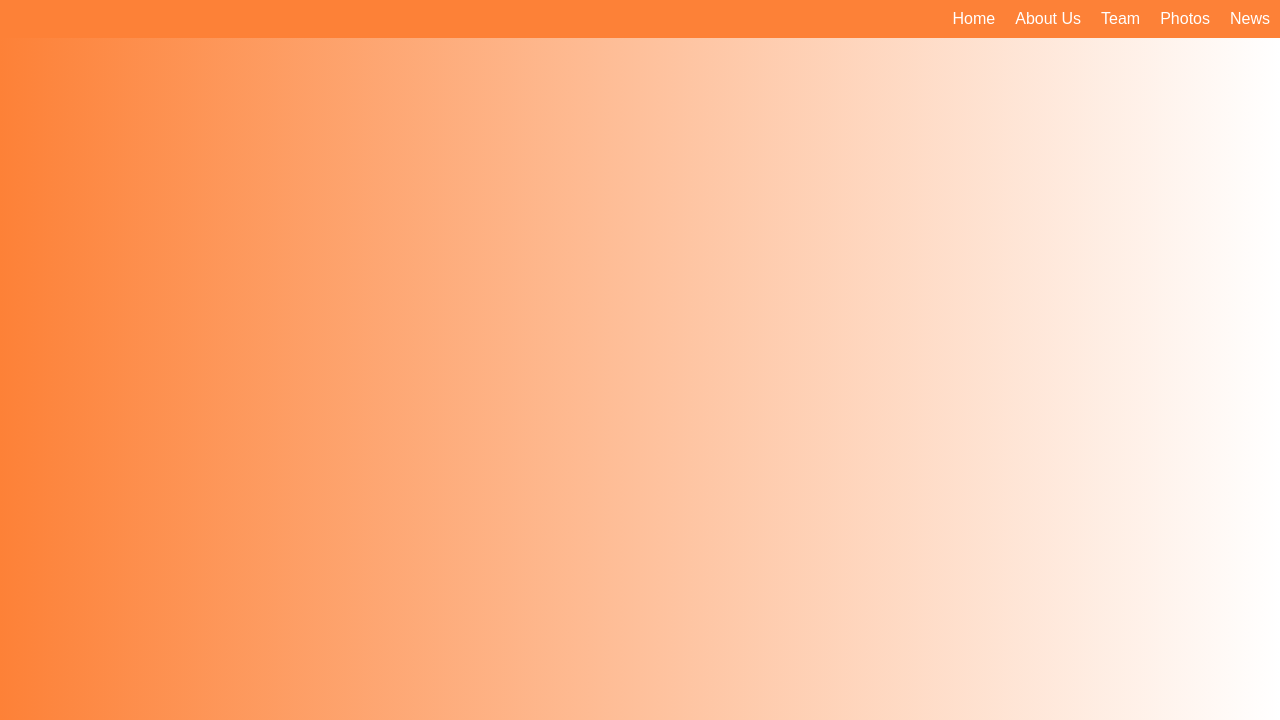
Repository: SHSFootballRepo/Website
Page: team.html
The author's editor kept a copy of each file at every save. The page is drawn from the files as they stood at one save, then again after the next save.
The browser window is 1280 px wide. The pictures show the whole page.

Above is the page before, as saved 2023-08-10 10:47:32.

### team.html
<!DOCTYPE html>
<html lang="en">
<head>
    <meta charset="UTF-8">
    <meta name="viewport" content="width=device-width, initial-scale=1.0">
    <link rel="stylesheet" href="styles.css">
    <title>SHS Football Team Homepage</title>
</head>
<body>
    <header>
        <nav>
            <ul>
                <li><a href="/home.html">Home</a></li>
                <li><a href="/about.html">About Us</a></li>
                <li><a href="#">Team</a></li>
                <li><a href="#">Photos</a></li>
                <li><a href="#">News</a></li>
            </ul>
        </nav>
    </header>
    <section class="WIP"></section>

### styles.css
/* Reset some default styles */
body, h1, h2, h3, p {
    margin: 0;
    padding: 0;
}

/* Basic styling */
body {
    background: linear-gradient(to right, #FD8137, white);
    margin: 0;
    padding: 0;
    font-family: Arial, sans-serif;
}

header {
    background:#FD8137;
    color: #fff;
    padding: 10px;
    display: flex;
    justify-content: flex-end;
}

nav ul {
    list-style: none;
    display: flex;
    margin: 0;
    padding: 0;
}

nav ul li {
    margin-left: 20px;
}

nav ul li a {
    text-decoration: none;
    color: #fff;
    transition: color 0.3s; /* Smooth color transition on hover */
}

nav ul li a:hover {
    color: #FD8137; /* Change color on hover */
}

/* Hero section and other styles... */


.hero {
    text-align: center;
    padding: 50px 1;
    background-color: linear-gradient(to right, #FD8137, black);
}

.hero img {
    max-width: 25%;
    height: auto;
}

.hero h1 {
    font-size: 36px;
    margin: 20px 0;
}

.cta-button {
    display: inline-block;
    padding: 10px 20px;
    background-color: #333;
    color: #fff;
    text-decoration: none;
    border-radius: 5px;
    transition: background-color 0.3s; /* Smooth background color transition on hover */
    margin-top: 15px;
}

.cta-button:hover {
    background-color: #555; /* Change background color on hover */
}

.latest-news {
    padding: 50px;
}

.news-card {
    padding: 20px;
    margin-bottom: 20px;
    background-color: #fff;
    border-radius: 5px;
}

.news-card img {
    max-width: 5%;
    height: auto;
}

.WIP {
    text-align: center;
    padding: 25px 1;
    background-color: white;
    border-radius: 5px;
    margin: 500;
}

footer {
    text-align: center;
    padding: 20px 0;
    background-color: #333;
    color: #fff;
}

After the next save:
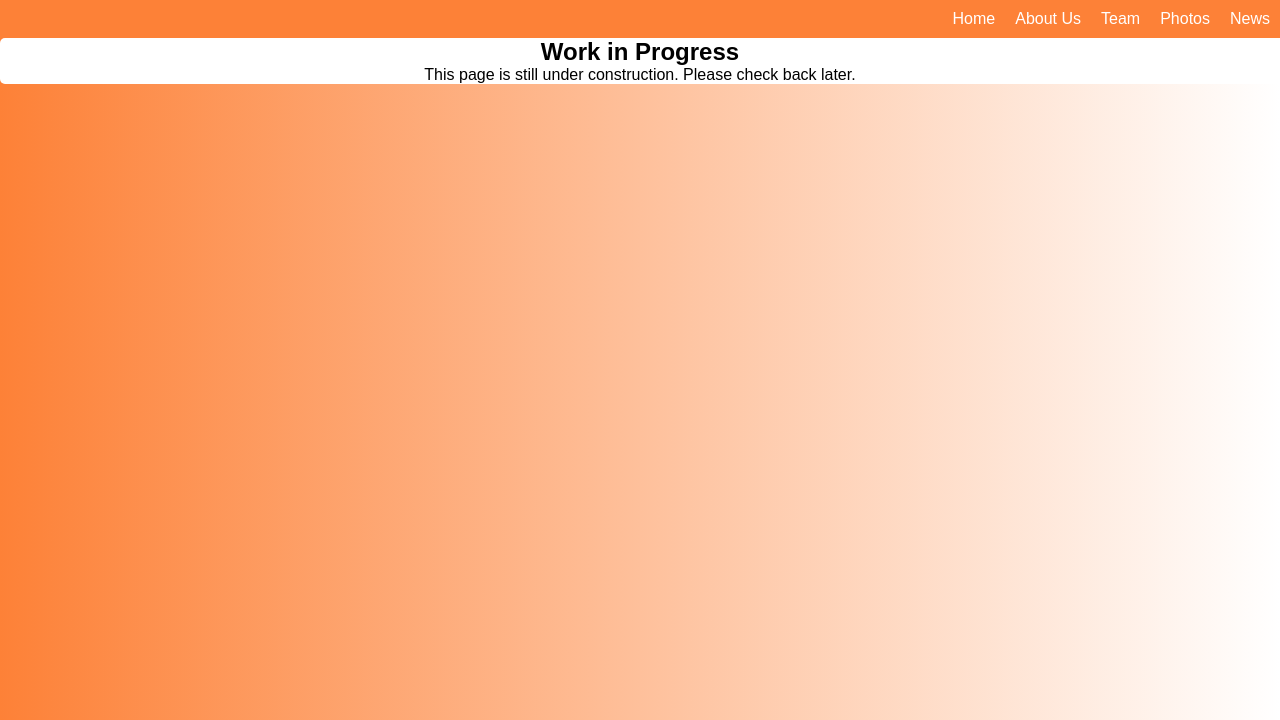
Saved 1 s later.
--- a/team.html
+++ b/team.html
@@ -18,4 +18,7 @@
             </ul>
         </nav>
     </header>
-    <section class="WIP"></section>
+    <section class="WIP">
+        <h1>Work in Progress</h1>
+        <p>This page is still under construction. Please check back later.</p>
+    </section>
